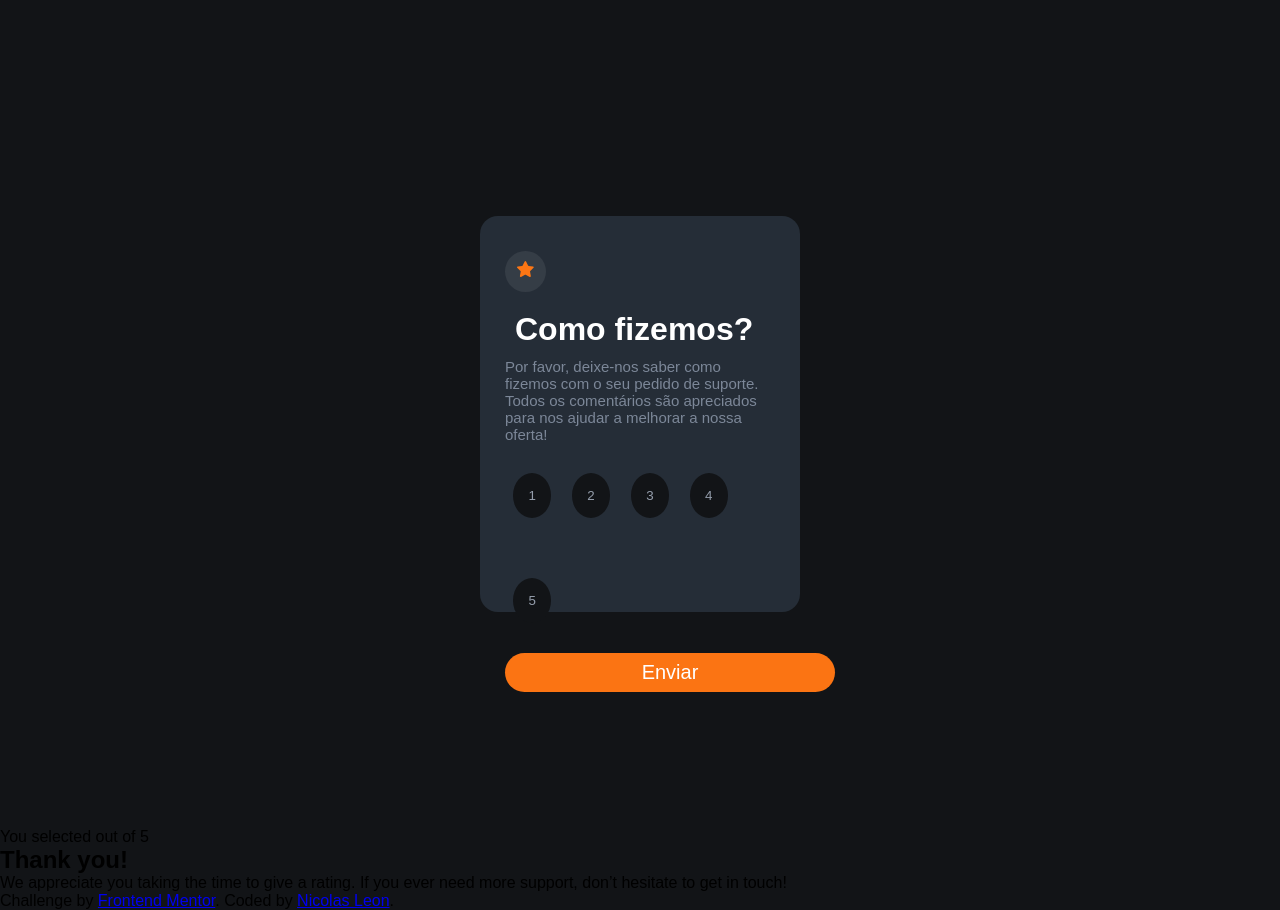
Repository: Leonngc/projeto-avaliacao
Page: index.html
These files come from the project's save history. The page is drawn as it stood at one moment and after the next save; the edit follows.
The browser window is 1280 px wide. The pictures show the whole page.

Above is the page before, as saved 2023-01-26 11:52:46.

### index.html
<!DOCTYPE html>
<html lang="en">
<head>
  <meta charset="UTF-8">
  <meta name="viewport" content="width=device-width, initial-scale=1.0"> <!-- displays site properly based on user's device -->

  <link rel="icon" type="image/png" sizes="32x32" href="./images/favicon-32x32.png">

  <title>Frontend Mentor | Interactive rating component</title>

  <link rel="stylesheet" href="styles/style.css">
</head>
<body>

  <!-- Rating state start -->
<form id="avaliation-form">

  <span id="icon-star">
    <img src="images/icon-star.svg" alt="">
  </span>

    <h1>Como fizemos?</h1>

    <p>
      Por favor, deixe-nos saber como fizemos com o seu pedido de suporte. Todos os comentários são apreciados
      para nos ajudar a melhorar a nossa oferta!
    </p>

    <div id="avaliation-btns">
      <input type="button" value="1" class="avaliation">
      <input type="button" value="2" class="avaliation">
      <input type="button" value="3"  class="avaliation">
      <input type="button" value="4"  class="avaliation">
      <input type="button" value="5"  class="avaliation">
    </div>

    <input type="submit" onclick="sent()" value="Enviar" id="submit"></input>
</form>

  <!-- Rating state end -->

  <!-- Thank you state start -->

  <section id="result-avaliation">
    <p id="avaliacao-user">You selected <!-- Add rating here --> out of 5</p>
    <h1>Thank you!</h1>
    <p>
      We appreciate you taking the time to give a rating. If you ever need more support,
      don’t hesitate to get in touch!
    </p>
  </section>

  <!-- Thank you state end -->


  <div class="attribution">
    Challenge by <a href="https://www.frontendmentor.io?ref=challenge" target="_blank">Frontend Mentor</a>.
    Coded by <a href="#">Nicolas Leon</a>.
  </div>
</body>
</html>

### styles/style.css

:root{
    --very-dark-blue:hsl(216, 12%, 8%);
    --dark-blue:hsl(213, 19%, 18%);
    --medium-grey: hsl(216, 12%, 54%);
    --light-grey:hsl(217, 12%, 63%);
}

*{
    margin: 0;
    padding: 0;
    box-sizing: border-box;
}

body{
    background-color:var(--very-dark-blue);
    font-family: Arial, Helvetica, sans-serif
}
span{
    background-color: rgba(255, 255, 255, 0.074);
    padding: 12px;
    border-radius: 50%;
    text-align: center;
}

span > img{
    margin-top: 20px;
}

#avaliation-form{
    background-color:var(--dark-blue);
    width: 25vw;
    height: 55vh;
    padding: 25px;
    margin: 30vh auto;
    color: white;
    border-radius: 18px;
}

#avaliation-form > h1{
    padding: 10px;
    margin-top: 20px;
}

#avaliation-form > p{
    color:var(--medium-grey);
    font-size: 15px;
}

.avaliation{
    margin: 30px 8px;
    border-radius: 66%;
    padding: 15px;
    border: none;
    background-color: var(--very-dark-blue);
    color: var(--light-grey);
    width: 3vw;
    cursor: pointer;
}

#avaliation-btns input:hover{
    background-color: hsl(25, 97%, 53%);
    color:white;
}
#avaliation-btns input:active{
    background-color: var(--light-grey);
}

#submit{
    width: 330px;
    margin: auto;
    padding: 8px;
    border-radius: 20px;
    border-style: none;
    color: white;
    background-color: hsl(25, 97%, 53%);
    cursor: pointer;
    font-size: 20px;
}

#submit:hover{
    background-color: white;
    color: hsl(25, 97%, 53%);
}

After the next save:
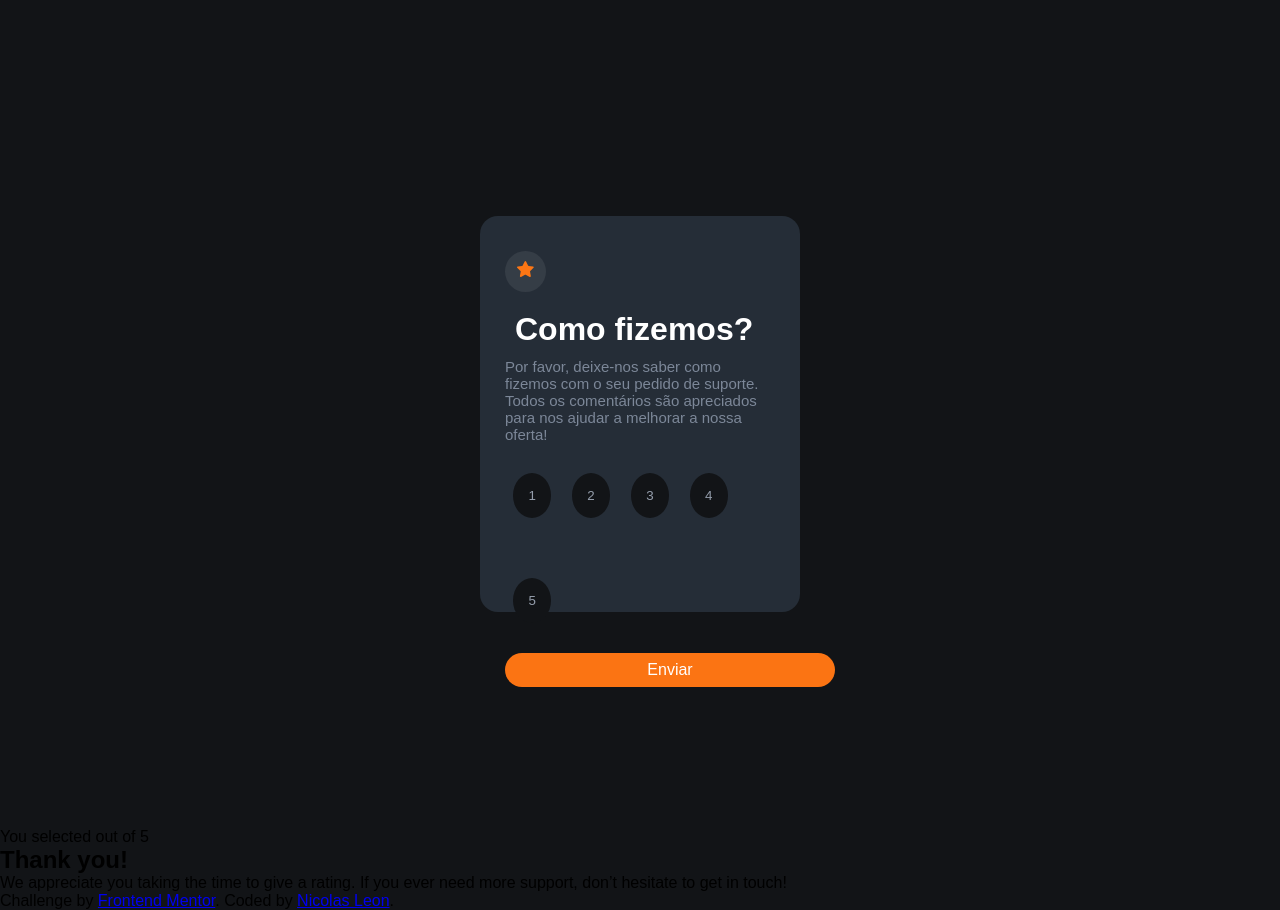
Saved 6 s later.
--- a/styles/style.css
+++ b/styles/style.css
@@ -75,7 +75,7 @@ span > img{
     color: white;
     background-color: hsl(25, 97%, 53%);
     cursor: pointer;
-    font-size: 20px;
+    font-size: 16px;
 }
 
 #submit:hover{
